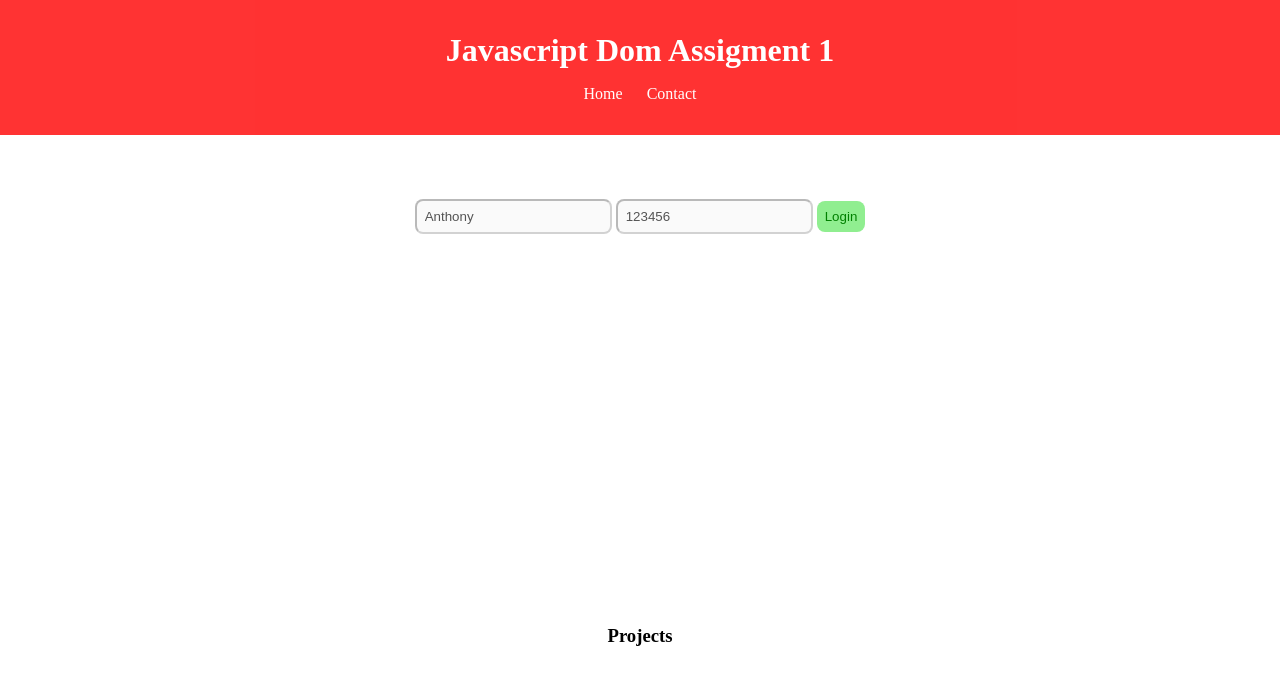
Repository: haakanerol/haakanerol
Page: Js.ass1/index.html
The author's editor kept a copy of each file at every save. The page is drawn from the files as they stood at one save, then again after a run of saves.
The browser window is 1280 px wide. The pictures show the whole page.

Above is the page before, as saved 2024-02-25 16:22:13.

### Js.ass1/index.html
<!DOCTYPE html>
<html lang="en">
<head>
    <meta charset="UTF-8">
    <meta name="viewport" content="width=device-width, initial-scale=1.0">
    <title>Document</title>
    <style>
        * {
            margin: 0;
            padding: 0;
            box-sizing: border-box;
        }
        main {
            display: flex;
            flex-direction: column;
            justify-content: space-between;
            align-items: center;
            height: 80vh;
            padding: 4rem;
        }
    </style>
</head>
<body>
    <header class="header">
        <h1 id="title">aaa</h1>
        <nav>
            <ul class="nav-item">
                <li id="home">Home</li>
                <li>Contact</li>
            </ul>
        </nav>
    </header>
    <main>
        <section>
            <input type="text" id="username">
            <input type="password" id="password">
            <button class="btn">Login</button>
        </section>
        <section id="projects">
            <h3>Projects</h3>
            <ul>
            </ul>
        </section>
    </main>
    <script src="app.js"></script>
</body>
</html>

### Js.ass1/app.js
newHeader = document.querySelector(".header")
newHeader.style.backgroundColor = "red"
newHeader.style.opacity = "0.8"
newHeader.style.color = "white"
newHeader.style.textAlign = "center"
newHeader.style.padding = "2rem"

newTitle = document.getElementById("title")
newTitle.textContent = "Javascript Dom Assigment 1"
newTitle.style.marginBottom = "1rem"

newNavItem = document.querySelector(".nav-item")
newNavItem.style.display = "flex"
newNavItem.style.justifyContent = "center"
newNavItem.style.gap = "1.5rem"
newNavItem.style.listStyle = "none"

newUsername = document.querySelector("#username")
newPassword = document.querySelector("#password")
newUsername.value = "Anthony"
newPassword.value = "123456"
newPassword.type = "number"
newUsername.disabled = "true"
newPassword.disabled = "true"
newUsername.style.padding = ".5rem"
newUsername.style.borderRadius = ".5rem"
newPassword.style.padding = ".5rem"
newPassword.style.borderRadius = ".5rem"

newBtn = document.querySelector(".btn")
newBtn.style.backgroundColor = "lightgreen"
newBtn.style.color = "green"
newBtn.style.padding = " .5rem"
newBtn.style.border = "none"
newBtn.style.borderRadius = ".5rem"
newBtn.style.cursor = "pointer"

After the next 4 saves:
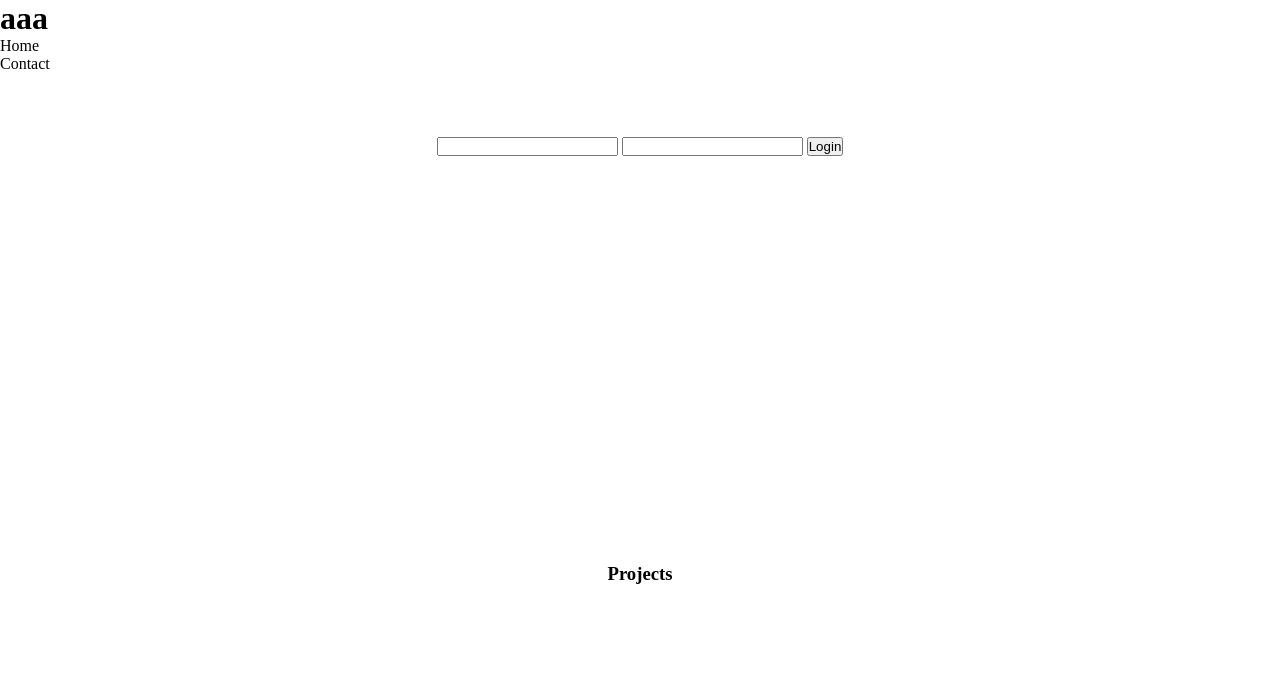
Console error: SyntaxError: Unexpected end of input
The 4 saves are shown as one change because they came seconds apart.
The last was saved 27 s later.
--- a/Js.ass1/app.js
+++ b/Js.ass1/app.js
@@ -34,3 +34,4 @@ newBtn.style.padding = " .5rem"
 newBtn.style.border = "none"
 newBtn.style.borderRadius = ".5rem"
 newBtn.style.cursor = "pointer"
+newBtn.

After the 4 saves that followed:
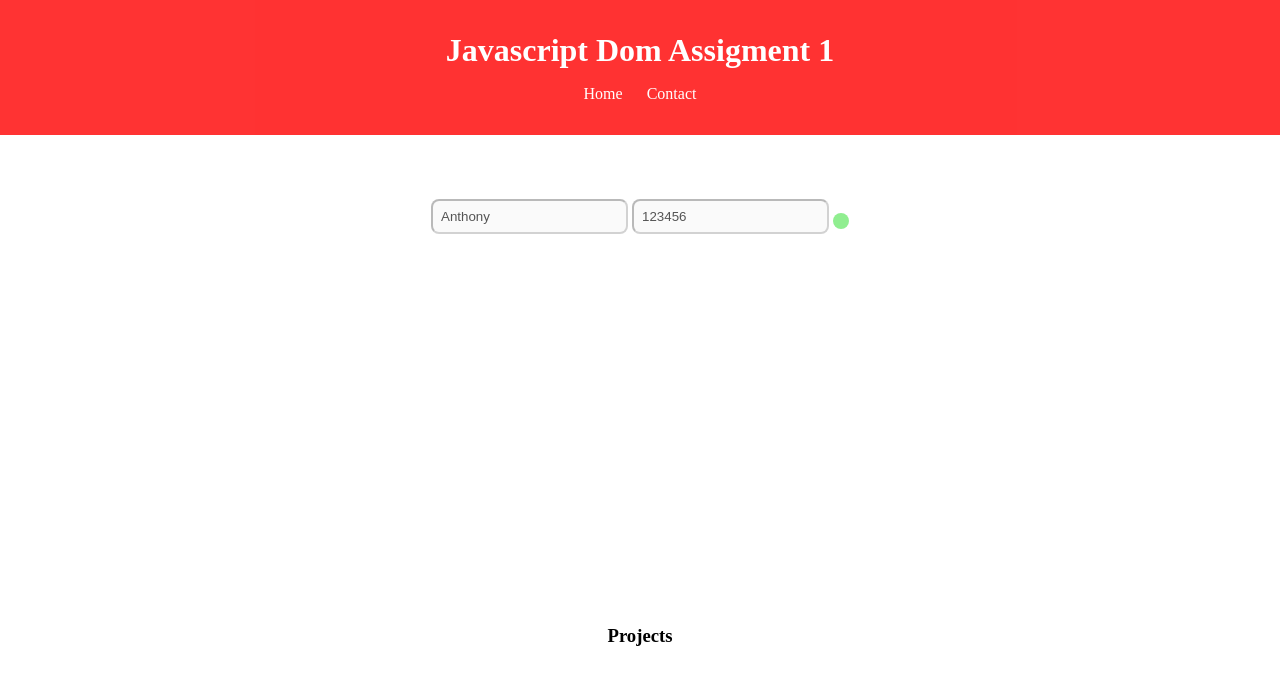
The error is gone.
The 4 saves are shown as one change because they came seconds apart.
The last was saved 11 s later.
--- a/Js.ass1/app.js
+++ b/Js.ass1/app.js
@@ -34,4 +34,4 @@ newBtn.style.padding = " .5rem"
 newBtn.style.border = "none"
 newBtn.style.borderRadius = ".5rem"
 newBtn.style.cursor = "pointer"
-newBtn.
+newBtn.textContent = ""
